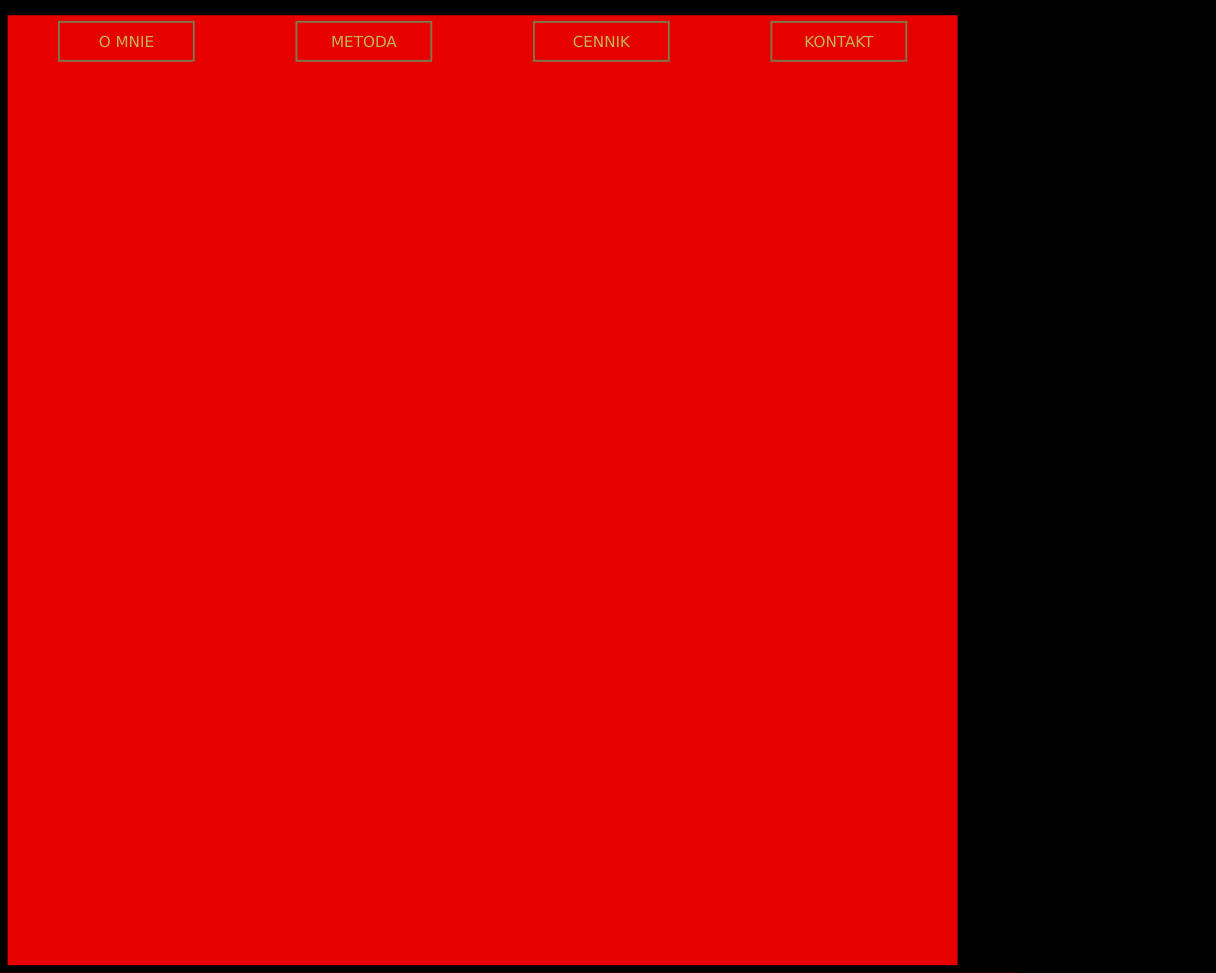
Repository: LechCieslak/Anna_Cieslak_v2.1
Page: index.html
An editor plug-in stored every save of this project. The page is shown before and after a run of saves, followed by the edit.
The browser window is 1280 px wide. The pictures show the whole page, at 95% of full size.

Above is the page before, as saved 2020-09-17 16:01:49.

### index.html
<!DOCTYPE html>
<html lang="pl">
<head>
    <meta charset="UTF-8">
    <meta name="viewport" content="width=device-width, initial-scale=1.0">
    <link rel="stylesheet" href="style.css">
    <title>Przyjazne miejsce</title>
</head>
<body>
    <main>

            <div class="menu">
                <ul>
                    <li class="li1">O MNIE</li>
                    <li class="li2">METODA</li>
                    <li class="li3">CENNIK</li>
                    <li class="li4">KONTAKT</li>
                </ul>
            </div>

            <div class="oMnie shape">
                <h1>O MNIE</h1>
                <p>Anna Cieślak - psycholog, psychoterapeuta
                    <br><br>
                    Prowadzę indywidualną długoterminową psychoterapię osób dorosłych oraz młodzieży 16+. Od kilku lat w duchu Rodzicielstwa Bliskości wspieram rodziców oraz nauczycieli w codziennych wyzwaniach związanych z budowaniem relacji z dziećmi. Pracuję z dziećmi i młodzieżą w placówkach edukacyjnych (głównie są to tzw. szkoły alternatywne, realizujące program MEN w autorski sposób). <br>
                    W swojej pracy łączę humanistyczne i psychodynamiczne spojrzenie na klienta. Ukończyłam kursy i szkolenia z zakresu psychoterapii i psychopedagogiki w Ośrodku Terapii i Rozwoju Gestalt, w Laboratorium Psychoedukacji, Podyplomowym Studium Relacji Interpersonalnych i Profilaktyki Uzależnień UKSW oraz Akademii Rodziców i Wychowawców w Fundacji Bullerbyn. Ważnym dla mnie doświadczeniem było szkolenie wstępne z zakresu NVC prowadzone przez Zofię Schacht-Petersen. <br>
                    Prywatną praktykę prowadzę od 2013 roku. Swoją pracę poddaję regularnej superwizji, prowadzonej przez superwizora Polskiego Towarzystwa Psychologicznego.</p>
            </div>

            <div class="metoda shape">
                <h1>METODA</h1>
                <p>Lorem, ipsum dolor sit amet consectetur adipisicing elit. Tenetur illum, dolores ipsum earum qui eligendi quaerat itaque debitis quo cumque repudiandae fugit quisquam nisi quas sunt voluptatem alias enim vero porro reprehenderit. Quisquam possimus labore voluptate facere voluptatum mollitia eveniet dicta quis vitae ullam quae saepe veniam quos ut, dolor, fuga repellat, veritatis quam modi odio placeat! Vero, reprehenderit repellendus? Delectus sit voluptate minus quam ratione numquam ipsum nemo commodi rem nesciunt consequatur, sunt cumque, repellat aliquam excepturi dolores aut suscipit minima nisi veritatis itaque ad explicabo perspiciatis voluptatibus! Cumque id adipisci officiis facere, tenetur quod provident. Eveniet, exercitationem necessitatibus.</p>
            </div>

            <div class="cennik shape">
                <h1>CENNIK</h1>
                <p>Lorem, ipsum dolor sit amet consectetur adipisicing elit. Tenetur illum, dolores ipsum earum qui eligendi quaerat itaque debitis quo cumque repudiandae fugit quisquam nisi quas sunt voluptatem alias enim vero porro reprehenderit. Quisquam possimus labore voluptate facere voluptatum mollitia eveniet dicta quis vitae ullam quae saepe veniam quos ut, dolor, fuga repellat, veritatis quam modi odio placeat! Vero, reprehenderit repellendus? Delectus sit voluptate minus quam ratione numquam ipsum nemo commodi rem nesciunt consequatur, sunt cumque, repellat aliquam excepturi dolores aut suscipit minima nisi veritatis itaque ad explicabo perspiciatis voluptatibus! Cumque id adipisci officiis facere, tenetur quod provident. Eveniet, exercitationem necessitatibus.</p>
            </div>

            <div class="kontakt shape">
                <h1>KONTAKT</h1>
                <p>Lorem, ipsum dolor sit amet consectetur adipisicing elit. Tenetur illum, dolores ipsum earum qui eligendi quaerat itaque debitis quo cumque repudiandae fugit quisquam nisi quas sunt voluptatem alias enim vero porro reprehenderit. Quisquam possimus labore voluptate facere voluptatum mollitia eveniet dicta quis vitae ullam quae saepe veniam quos ut, dolor, fuga repellat, veritatis quam modi odio placeat! Vero, reprehenderit repellendus? Delectus sit voluptate minus quam ratione numquam ipsum nemo commodi rem nesciunt consequatur, sunt cumque, repellat aliquam excepturi dolores aut suscipit minima nisi veritatis itaque ad explicabo perspiciatis voluptatibus! Cumque id adipisci officiis facere, tenetur quod provident. Eveniet, exercitationem necessitatibus.</p>
            </div>
    </main>


    <script src="app.js"></script>
</body>
</html>

### style.css
* {
    font-family: verdana;
    padding: 0px;
}

body {
    --tlo: #4C6464;
    --text: #C5B358;
    --ramka: #7F784E;
    background-position-x: center;
    background-color: black;
    color: var(--text);
    animation: backgroundEffPoz 3s forwards;
    width: 1000px;
    height: 1000px;
    display: block;
    position: relative;
}

body::after {
    content: "";
    /* background: url("images/background-poz.jpg"); */
    background-color: red;
    opacity: 0.9;
    top: 0;
    left: 0;
    bottom: 0;
    right: 0;
    position: absolute;
    z-index: -1;
}

ul {
    display: flex;
    justify-content: space-around;
}

.menu li {
    margin-top: 6px;
    padding: 10px;
    display: inline-block;
    border: solid 2px var(--ramka);
    list-style-type: none;
    width: 120px;
    cursor: pointer;
    text-align: center;
}

.shape {
    border: solid 3px var(--ramka);
    /* width: 70%; */
    opacity: 0;
    padding: 10px;
    position: absolute;
    text-align: justify;
}

.nowa {
    opacity: 1;
}

@keyframes backgroundEffPoz {
    100% {
            background-image: url("images/background-poz.jpg");
    }
}
@keyframes backgroundEffPion {
    100% {
            background-image: url("images/background-pion.jpg");
    }
}

/* style css - duże ekrany
@media (min-width: 1100px) {
    body {
        font-size: 30px;
    }
} */

@media (max-width: 600px) {
    body {
        /* style css - tel. pionowo */
        /* background-image: url("images/background-pion.jpg"); */
        font-size: 10px;
        background-position-x: center;
        animation: backgroundEffPion 3s forwards;
    }

    .menu li {
        width: 50px;
        height: 8px;
        padding-top: 6px;
    }
}

@media (max-width: 320px) {
    ul {
        width: 55px;
        display: block;
    }
}

### app.js
let a = document.querySelector('.li1');
let b = document.querySelector('.oMnie');
let c = document.querySelector('.li2');
let d = document.querySelector('.metoda');
let e = document.querySelector('.li3');
let f = document.querySelector('.cennik');
let g = document.querySelector('.li4');
let h = document.querySelector('.kontakt');

a.addEventListener('click', e => {
  b.classList.toggle("nowa");
  d.classList.remove("nowa");
  f.classList.remove("nowa");
  h.classList.remove("nowa");
});


c.addEventListener('click', e => {
  d.classList.toggle("nowa");
  b.classList.remove("nowa");
  f.classList.remove("nowa");
  h.classList.remove("nowa");
});

e.addEventListener('click', e => {
  f.classList.toggle("nowa");
  b.classList.remove("nowa");
  d.classList.remove("nowa");
  h.classList.remove("nowa");
});


g.addEventListener('click', e => {
  h.classList.toggle("nowa");
  b.classList.remove("nowa");
  d.classList.remove("nowa");
  f.classList.remove("nowa");
});

After the next 2 saves:
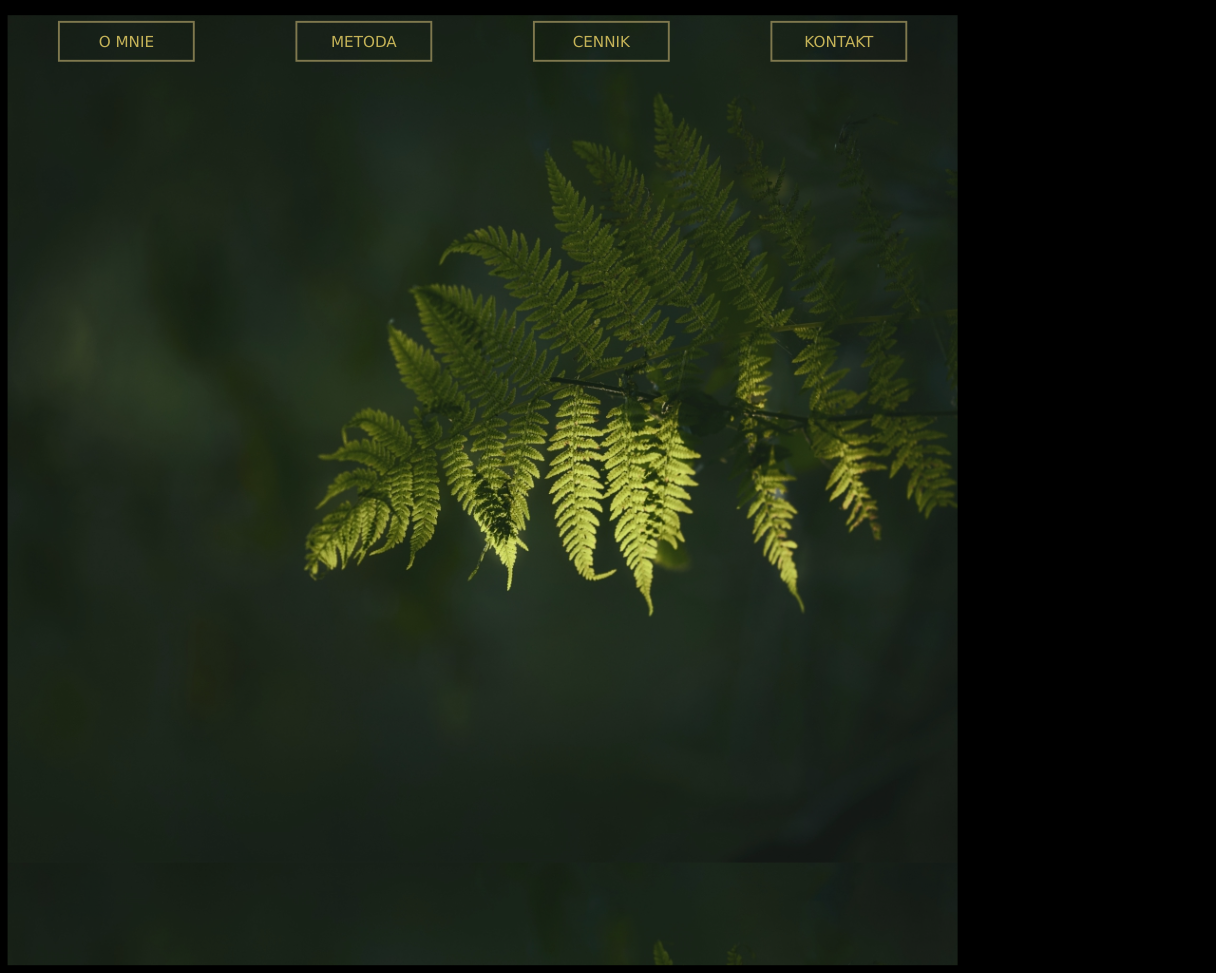
The 2 saves are shown as one change because they came seconds apart.
The last was saved 17 s later.
--- a/style.css
+++ b/style.css
@@ -19,8 +19,8 @@ body {
 
 body::after {
     content: "";
-    /* background: url("images/background-poz.jpg"); */
-    background-color: red;
+    background: url("images/background-poz.jpg");
+    /* background-color: red; */
     opacity: 0.9;
     top: 0;
     left: 0;
